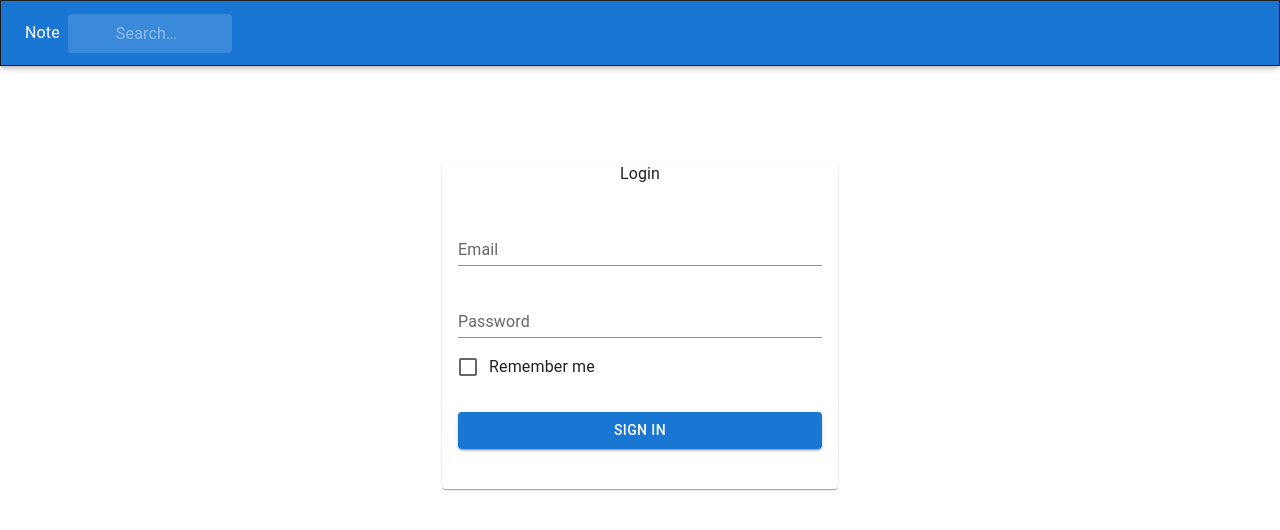
Repository: NGHIAVN1/Note
Page: /
These files come from the project's save history. The page is drawn as it stood at one moment and after the next save; the edit follows.
The browser window is 1280 px wide. The pictures show the whole page.
The project was rebuilt for these pictures with package versions that can differ from the ones it lists, and the page was loaded fresh each time. Also part of the build but not shown: vite.config.js, src/Register.jsx, src/Pet.jsx, src/useBreedList.jsx, src/SearchParams.jsx.

Above is the page before, as saved 2024-03-20 10:45:52.

After the next save:
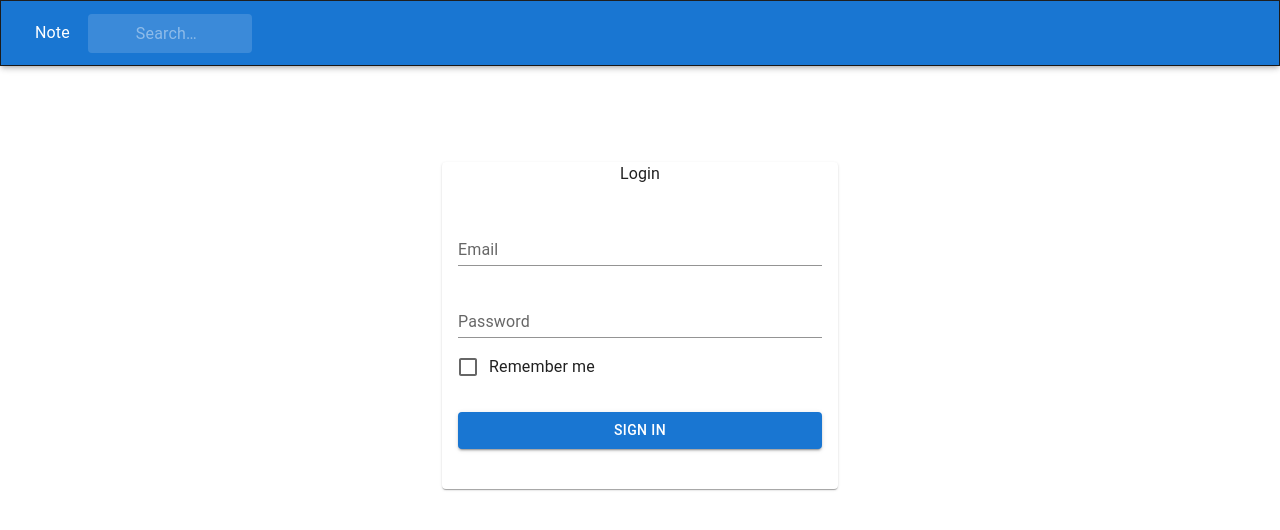
Saved 100 s later.
--- a/src/header.jsx
+++ b/src/header.jsx
@@ -63,7 +63,12 @@ const Header = () => {
           }}
         >
           <Toolbar>
-            <Typography position={"static"} sx={{}}>
+            <Typography
+              position={"static"}
+              sx={{
+                margin: "10px",
+              }}
+            >
               Note
             </Typography>
             <Search>
